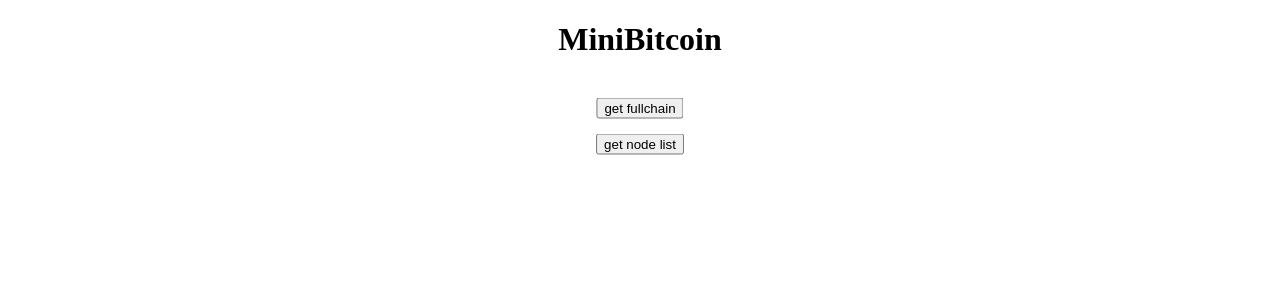
Repository: lam4562311/Minibitcoin
Page: http://localhost/
These files come from the project's save history. The page is drawn as it stood at one moment and after the next save; the edit follows.
The browser window is 1280 px wide. The pictures show the whole page.
Some web libraries are served in a nearby version. The page is served by the project's application, run on Flask 3 (bitcoin-5003.py).

Above is the page before, as saved 2022-04-08 23:04:10.

After the next save:
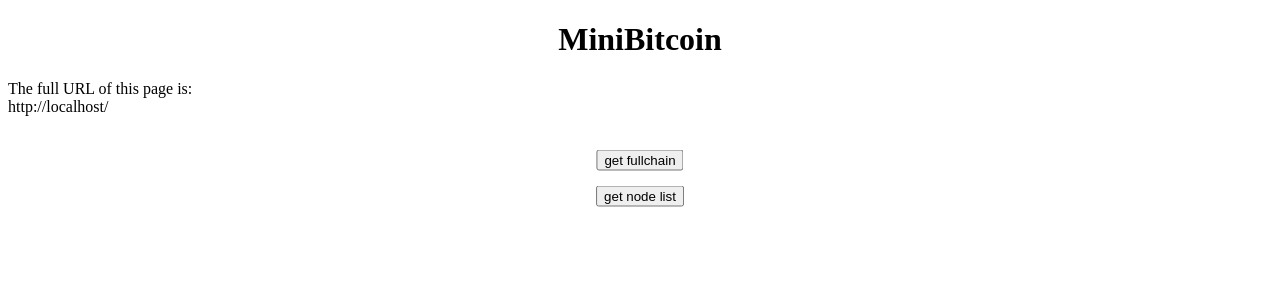
Saved 86 s later.
--- a/templates/homepage.html
+++ b/templates/homepage.html
@@ -15,6 +15,12 @@
 
         <h1><center> MiniBitcoin </center></h1>
 
+        <p id="demo"></p>
+
+        <script>
+        document.getElementById("demo").innerHTML =
+        "The full URL of this page is:<br>" + window.location.href;
+        </script>
 
         <span id="queryString"></span>
 
